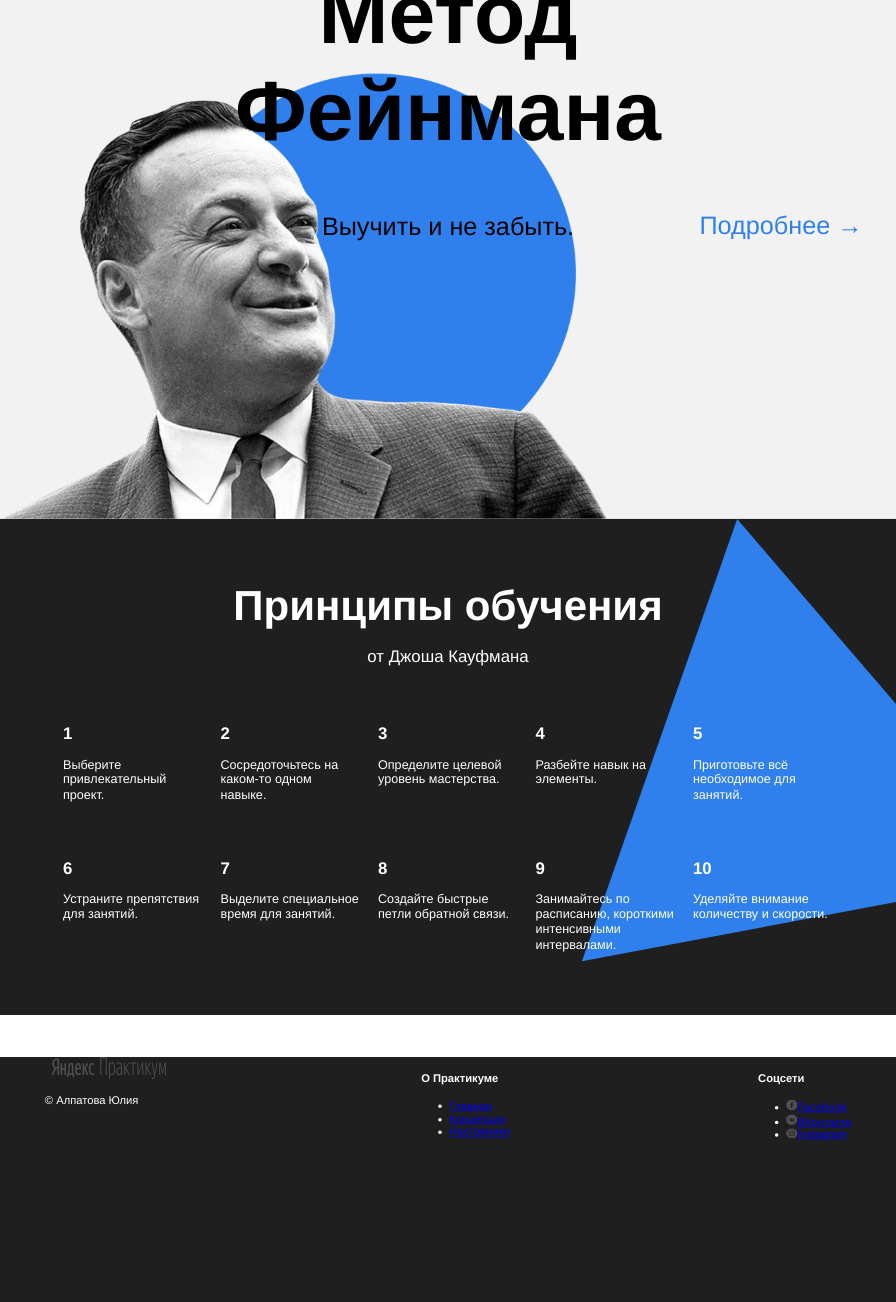
Repository: BlackMothy/how-to-learn
Page: index.html
The author's editor kept a copy of each file at every save. The page is drawn from the files as they stood at one save, then again after a run of saves.
The browser window is 1280 px wide. The pictures show the part of the page from y = 2120 to 4040 px (the page is 3980 px tall before and 4040 px after), at 70% of full size.

Above is the page before, as saved 2021-11-05 23:59:32.

### index.html
<!DOCTYPE html>
<html lang="ru">

<head>
  <meta charset="UTF-8">
  <meta name="viewport" content="width=device-width, initial-scale=1.0">
  <link rel="stylesheet" type="text/css" href="styles/normalize.css">
  <link rel="stylesheet" type="text/css" href="styles/style.css">
  <title>Научиться учиться</title>
</head>

<body>
  <div class="page">
    <header class="header">

      <img class="logo logo_place_header" src="images/logo_place_header.svg" alt="Лого" title="Лого">


      <h1 class="header__title">
        Научиться учиться
      </h1>

      <div class="header__subtitle">
        Какие современные и эффективные подходы к обучению вы можете использовать в своей жизни? <a class="header__link"
          href="#">Узнать &#8594;</a>
      </div>

      <img class="header__main-illustration" src="images\header-image.png" alt="Картинка главная">

      <div class="header__square-pic"></div>

    </header>
    <main class="content">
      <section class="description">
        <div class="two-columns">
          <h2 class="two-columns__brief">Главные проблемы в обучении</h2>

          <div class="two-columns__main-text">
            <div class="two-columns__paragraph">
              Ни в школе, ни в институте нас не учат тому, как правильно изучать материал. Мы готовимся к экзаменам и
              учим билеты. Мы тренируемся решать однообразные задачи, чтобы лучше сдать тест, но часто в итоге это не
              дает нам реального знания. Зубрежка быстро выветривается и не приносит пользы.
            </div>

            <div class="two-columns__paragraph">
              <span class="two-columns__span-accent">Вывод:</span> учиться тоже нужно уметь, но почему-то этому мало где
              учат. Что с этим делать?
            </div>

            <div class="two-columns__paragraph paragraph_position_last">
              Конкретные техники и упражнения помогают изменить подход к обучению, сделать его эффективным и
              захватывающим. Эти же техники применяются на примере обучения в Практикуме.
            </div>
          </div>
        </div>
      </section>

      <section class="digits">
        <h2 class="section-title">Цифры и факты</h2>

        <h3 class="section-subtitle">Про учёбу и мозг</h3>

        <ul class="table">
          <!-- Первая строка -->
          <li class="table__cell">
            <h4 class="table__heading">86 миллиардов</h4>
            <p class="table__text">
              Число нейронов в мозге человека
            </p>
          </li>

          <li class="table__cell">
            <h4 class="table__heading">2.1 миллиарда</h4>
            <p class="table__text">
              Число нуждающихся в повышении квалификации
            </p>
            <p class="table__text">
              Всемирный Банк, 2017
            </p>
          </li>

          <li class="table__cell">
            <h4 class="table__heading">1000 терабайт</h4>
            <p class="table__text">
              Объём памяти человека
            </p>
          </li>

          <li class="table__cell">
            <h4 class="table__heading">500 триллионов</h4>
            <p class="table__text">
              Число ответственных за обучение нервных синапсов у взрослого человека
            </p>
          </li>
          <!--  -->

          <!-- вторая строка -->
          <li class="table__cell">
            <h4 class="table__heading">420 миллионов</h4>
            <p class="table__text">
              Число взрослых людей моложе 25 лет, не имеющих образования для трудоустройства
            </p>
            <p class="table__text">
              Всемирный Банк, 2017
            </p>
          </li>

          <li class="table__cell">
            <h4 class="table__heading">17–20 лет</h4>
            <p class="table__text">
              Пик обучаемости
            </p>
          </li>

          <li class="table__cell">
            <h4 class="table__heading">1885 год</h4>
            <p class="table__text">
              Открытие кривой забывания
            </p>
          </li>

          <li class="table__cell">
            <h4 class="table__heading">1889 год</h4>
            <p class="table__text">
              Открытие условного рефлекса
            </p>
          </li>
          <!--  -->
        </ul>
      </section>

      <section class="feynman">
        <h2 class="feynman__title">Метод Фейнмана</h2>

        <h3 class="feynman__subtitle">Выучить и не забыть.</h3>

        <a class="feynman__link" href="#">Подробнее &#8594;</a>

        <img class="feynman__img" src="images/feynman.png" alt="Фейнман" title="Фейнман">
      </section>

      <section class="kaufman">
        <h2 class="section-title section-title__theme_dark">Принципы обучения</h2>

        <h3 class="section-subtitle section-subtitle__theme_dark">от Джоша Кауфмана</h3>

        <ul class="table table_theme_dark">
          <!-- Первая строка -->
          <li class="table__cell table__cell_theme_dark">
            <h4 class="table__heading table__heading_theme_dark">1</h4>
            <p class="table__text table__text_theme_dark">
              Выберите привлекательный проект.
            </p>
          </li>

          <li class="table__cell table__cell_theme_dark">
            <h4 class="table__heading table__heading_theme_dark">2</h4>
            <p class="table__text table__text_theme_dark">
              Сосредоточьтесь на каком-то одном навыке.
            </p>
          </li>

          <li class="table__cell table__cell_theme_dark">
            <h4 class="table__heading table__heading_theme_dark">3</h4>
            <p class="table__text table__text_theme_dark">
              Определите целевой уровень мастерства.
            </p>
          </li>

          <li class="table__cell table__cell_theme_dark">
            <h4 class="table__heading table__heading_theme_dark">4</h4>
            <p class="table__text table__text_theme_dark">
              Разбейте навык на элементы.
            </p>
          </li>

          <li class="table__cell table__cell_theme_dark">
            <h4 class="table__heading table__heading_theme_dark">5</h4>
            <p class="table__text table__text_theme_dark">
              Приготовьте всё необходимое для занятий.
            </p>
          </li>
          <!--  -->

          <!-- вторая строка -->
          <li class="table__cell table__cell_theme_dark">
            <h4 class="table__heading table__heading_theme_dark">6</h4>
            <p class="table__text table__text_theme_dark">
              Устраните препятствия для занятий.
            </p>
          </li>

          <li class="table__cell table__cell_theme_dark">
            <h4 class="table__heading table__heading_theme_dark">7</h4>
            <p class="table__text table__text_theme_dark">
              Выделите специальное время для занятий.
            </p>
          </li>

          <li class="table__cell table__cell_theme_dark">
            <h4 class="table__heading table__heading_theme_dark">8</h4>
            <p class="table__text table__text_theme_dark">
              Создайте быстрые петли обратной связи.
            </p>
          </li>

          <li class="table__cell table__cell_theme_dark">
            <h4 class="table__heading table__heading_theme_dark">9</h4>
            <p class="table__text table__text_theme_dark">
              Занимайтесь по расписанию, короткими интенсивными интервалами.
            </p>
          </li>

          <li class="table__cell table__cell_theme_dark">
            <h4 class="table__heading table__heading_theme_dark">10</h4>
            <p class="table__text table__text_theme_dark">
              Уделяйте внимание количеству и скорости.
            </p>
          </li>
          <!--  -->
        </ul>

        <img class="kaufman__triangle" src="images/kaufman-triangle.svg" alt="Треугольник" title="Треугольник">

      </section>
    </main>

    <footer class="footer">
      <div class="footer__columns">
        <div class="footer__column footer__column_content_copyright">
          <img class="logo logo_place_footer" src="images/logo_place_footer.svg" alt="Лого" title="Лого">

          <p class="footer__author">&copy; Алпатова Юлия</p>

        </div>

        <nav class="footer__column footer__column_content_info">
          <h4 class="footer__column-heading">О Практикуме</h4>

          <ul class="footer__column-links">
            <li><a href="#">Главная</a></li>
            <li><a href="#">Концепция</a></li>
            <li><a href="#">Наставники</a></li>
          </ul>
        </nav>

        <nav class="footer__column footer__column_content_social">
          <h4 class="footer__column-heading">Соцсети</h4>

          <ul class="footer__column-links">
            <li><a href="#"><img class="footer__social-icon" src="images/facebook_color_white.svg" alt="Иконка Facebook" title="Facebook">Facebook</a></li>

            <li><a href="#"><img class="footer__social-icon" src="images/vk_color_white.svg" alt="Иконка ВКонтакте" title="ВКонтакте">ВКонтакте</a></li>

            <li><a href="#"><img class="footer__social-icon" src="images/instagram_color_white.svg" alt="Иконка Instagram" title="Instagram">Instagram</a></li>
          </ul>
        </nav>
      </div>

    </footer>

  </div>
</body>

</html>

### styles/style.css
.page {
  min-width: 1100px;
  /* мы ещё не умеем делать мобильную версию сайта, */
  /* поэтому выше установлена минимальная ширина страницы */
  max-width: 1600px;
  /* выше установили ограничение по максимальной ширине */
  margin: 0 auto;
  /* выше для экранов больше 1600px отцентрировали весь контент */
  font-family: 'Helvetica Neue', Arial, sans-serif;

}

/* Стили хедера */
.header {
  height: 100vh;
  min-height: 600px;
  max-height: 756px;
  background-color: #f2f2f2;
  margin: 0;
  padding: 0;
  padding-left: 64px;
  display: flex;
  flex-direction: column;
  justify-content: center;
  position: relative;
  overflow: hidden;
}

.logo {
  width: 183px;
  height: 32px;
}

.logo_place_header {
  position: absolute;
  top: 30px;
  z-index: 2;
}

.header__title {
  width: 730px;
  z-index: 2;
  line-height: 96px;
  font-size: 102px;
  font-weight: 600;
  margin: 0;
}

.header__subtitle {
  width: 388px;
  position: absolute;
  bottom: 30px;
  z-index: 2;
  line-height: 25px;
  font-size: 18px;
  font-weight: 400;
}

.header__link, .feynman__link {
  color: #2f80ed;
  text-decoration: none;
}

.header__main-illustration {
  width: 765px;
  height: 608px;
  position: absolute;
  right: 0;
  bottom: 0;
  z-index: 1;
}

.header__square-pic {
  height: 568px;
  width: 568px;
  background-color: #2f80ed;
  position: absolute;
  right: 0;
  top: 64px;

}
/* Стили хедера */

/* Стили двух колонок */
.two-columns {
  margin: 100px auto;
  width: 80%;
  display: flex;
  flex-direction: row;
  justify-content: space-between;
}

.two-columns__brief {
  width: 175px;
  margin: 0;
  line-height: 1.2;
  font-size: 18px;
  font-weight: 400;
  color: #2f80ed;
}

.two-columns__main-text {
  width: 80%;
  min-width: 784px;
}

.two-columns__paragraph {
  margin: 0 0 30px;
  line-height: 34px;
  font-size: 24px;
  font-weight: 400;
}

.two-columns__span-accent {
  line-height: 34px;
  font-size: 24px;
  font-weight: 600;
}

.paragraph_position_last {
  margin: 0;
}
/* Стили двух колонок */

/* Стили секции */

.digits {
  padding-bottom: 100px;
}

.section-title {
  width: 60%;
  text-align: center;
  line-height: 1.15;
  font-size: 60px;
  font-weight: 600;
  margin: 0 auto;
}

.section-subtitle {
  width: 60%;
  text-align: center;
  margin: 20px auto 0;
  line-height: 34px;
  font-size: 24px;
  font-weight: 400;
}

.table {
  display: flex;
  flex-wrap: wrap;
  width: 1100px;
  justify-content: space-between;
  padding: 0;
  margin: 0 auto;
}

.table__cell {
  margin: 60px 0 0;
  width: 250px;
  list-style: none;
}

.table__heading {
  margin: 0;
  line-height: 1.15;
  font-size: 24px;
  font-weight: 600;
}

.table__text {
  margin: 20px 0 0;
  line-height: 1.2;
  font-size: 18px;
  font-weight: 400;
}
/* Стили секции */

/* Стили Фейнмана */
.feynman {
  background-color: #f2f2f2;
  display: flex;
  position: relative;
  flex-direction: column;
  justify-content: flex-start;
  align-items: center;
  height: 890px;
}

.feynman__title {
  width: 648px;
  z-index: 1;
  line-height: 1.15;
  font-size: 120px;
  font-weight: 600;
  text-align: center;
  margin: 100px 0 70px;
}

.feynman__subtitle {
  z-index: 1;
  line-height: 51px;
  font-size: 36px;
  font-weight: 400;
  margin: 0;
}

.feynman__link {
  position: absolute;
  top: 50%;
  right: 48px;
  z-index: 1;
  line-height: 51px;
  font-size: 36px;
  font-weight: 400;
}

.feynman__img {
  position: absolute;
  left: 0;
  bottom: 0;
  width: 867px;
  height: 637px;

}
/* Стили Фейнмана */

/* Стили Кауфмана */
.kaufman {
  background-color: #1f1f1f;
  color: white;
  padding: 90px 0;
  position: relative;
  overflow: hidden;
  z-index: -2;
}

.table__cell_theme_dark {
  width: 200px;
  margin-right: 0;
  margin-top: 80px;
}

.kaufman__triangle {
  width: 877px;
  height: 887px;
  position: absolute;
  right: -210px;
  top: 0;
  z-index: -1;
}
/* Стили Кауфмана */

/* Стили футера */
.footer {
  min-height: 350px;
  color: white;
  background-color: #1f1f1f;
  padding: ;
}

.footer__columns {
  margin: 60px auto 40px;
  width: 90%;
  display: flex;
  flex-direction: row;
  justify-content: space-between;
}



/* Стили футера */

Loaded but not shown: styles/normalize.css (library)

After the next 3 saves:
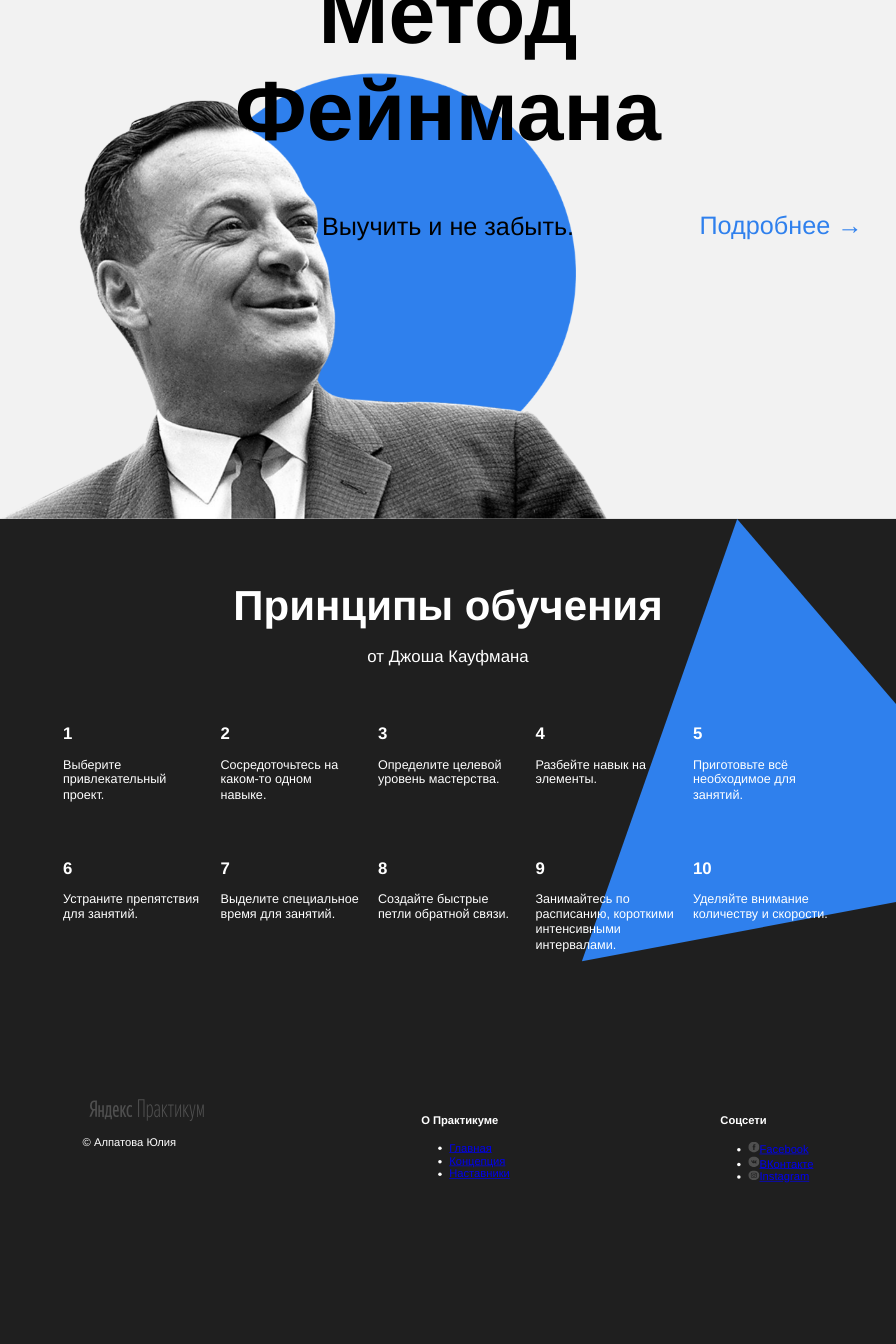
The 3 saves are shown as one change because they came seconds apart.
The last was saved 14 s later.
--- a/styles/style.css
+++ b/styles/style.css
@@ -256,7 +256,7 @@
   min-height: 350px;
   color: white;
   background-color: #1f1f1f;
-  padding: ;
+  padding: 60px ;
 }
 
 .footer__columns {
